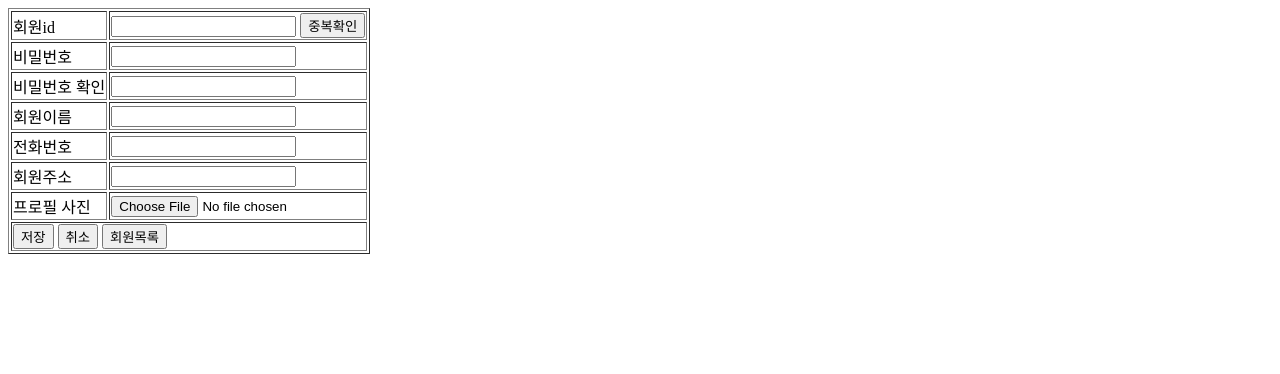
Repository: quswjdals1/highjava
Page: http://localhost/webMemberTest/member/memberAdd.jsp
These files come from the project's save history. The page is drawn as it stood at one moment and after the next save; the edit follows.
The browser window is 1280 px wide. The pictures show the whole page.
The page is served by Tomcat 9. Other server files are loaded and not shown.

Above is the page before, as saved 2023-04-05 03:20:35.

### webMemberTest/src/main/webapp/member/memberAdd.jsp
<%@ page language="java" contentType="text/html; charset=UTF-8"
    pageEncoding="UTF-8"%>
<!DOCTYPE html>
<html>
<head>
<meta charset="UTF-8">
<title>Insert title here</title>
</head>
<body>
<form action="">
	<table border="1">
		<tr>
			<td>
				회원id
			</td>
			<td>
				<input type="text" name="id">
				<button type="button">중복확인</button>
			</td>
		</tr>
		<tr>
			<td>
				비밀번호
			</td>
			<td>
				<input type="text" name="pw">
			</td>
		</tr>
		<tr>
			<td>
				비밀번호 확인
			</td>
			<td>
				<input type="text" name="pwc">
			</td>
		</tr>
		<tr>
			<td>
				회원이름
			</td>
			<td>
				<input type="text" name="name">
			</td>
		</tr>
		<tr>
			<td>
				전화번호
			</td>
			<td>
				<input type="text" name="tel">
			</td>
		</tr>
		<tr>
			<td>
				회원주소
			</td>
			<td>
				<input type="text" name="add">
			</td>
		</tr>

		<tr>
			<td>
				프로필 사진
			</td>
			<td>
				<input type="file" name="file">
			</td>
		</tr>
		<tr>
			<td colspan="2">
				<input type="button" id="save" value="저장">
				<input type="button" id="cancle" value="취소">
				<input type="button" id="back" value="회원목록">
			</td>
		</tr>
	</table>
</form>

</body>
</html>

After the next save:
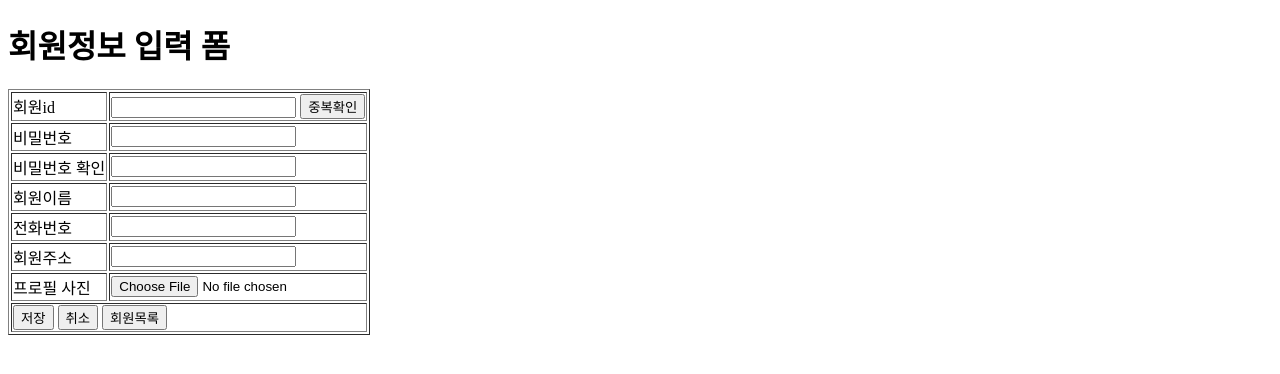
Saved 26 s later.
--- a/webMemberTest/src/main/webapp/member/memberAdd.jsp
+++ b/webMemberTest/src/main/webapp/member/memberAdd.jsp
@@ -7,6 +7,7 @@
 <title>Insert title here</title>
 </head>
 <body>
+<h1>회원정보 입력 폼</h1>
 <form action="">
 	<table border="1">
 		<tr>
